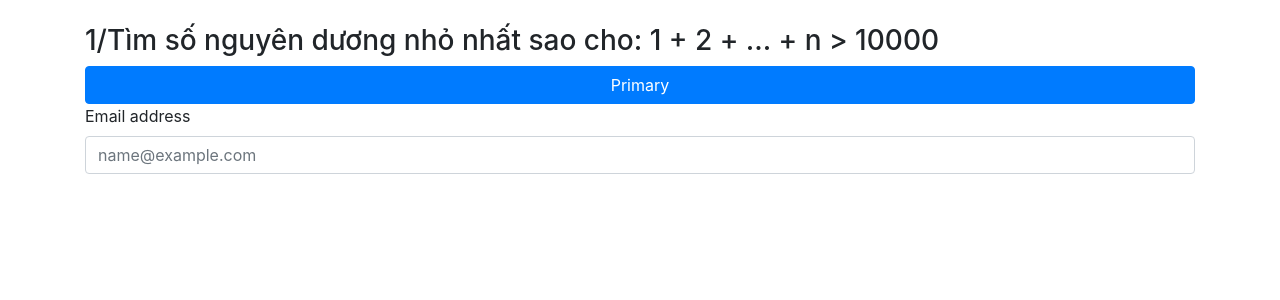
Repository: baobaodeveloper/bootcamp21__loop__HuynhAnhBao
Page: index.html
These files come from the project's save history. The page is drawn as it stood at one moment and after the next save; the edit follows.
The browser window is 1280 px wide. The pictures show the whole page.

Above is the page before, as saved 2022-03-16 22:56:28.

After the next save:
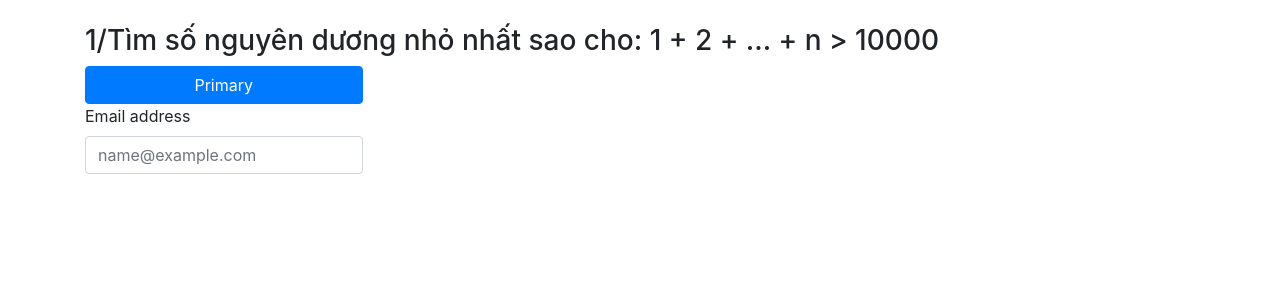
Saved 12 s later.
--- a/index.html
+++ b/index.html
@@ -22,7 +22,7 @@
     1 + 2 + … + n > 10000-->
     <div class="container mt-4">
       <h3>1/Tìm số nguyên dương nhỏ nhất sao cho: 1 + 2 + … + n > 10000</h3>
-      <div class="mb-3 flex-md-column d-flex">
+      <div class="mb-3 flex-md-column d-flex w-25">
         <button type="button" class="btn btn-primary">Primary</button>
         <label for="exampleFormControlInput1" class="form-label"
           >Email address</label
